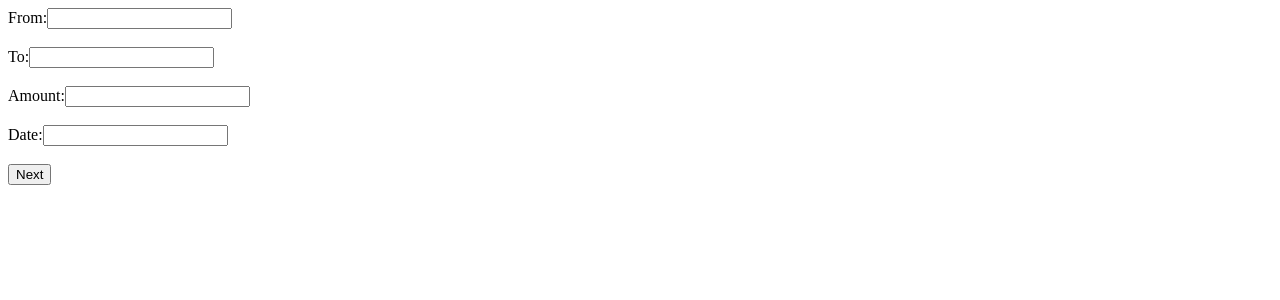
Repository: Yogashree-v-h-27/Ticket_Booking_webApp
Page: Ticket_Booking/WebContent/ticket.html
The author's editor kept a copy of each file at every save. The page is drawn from the files as they stood at one save, then again after the next save.
The browser window is 1280 px wide. The pictures show the whole page.

Above is the page before, as saved 2021-06-14 12:58:07.

### Ticket_Booking/WebContent/ticket.html
<!DOCTYPE html>
<html>
<head>
<meta charset="ISO-8859-1">
<title>Ticket Generator</title>
</head>
<body>
<form action="servlet3" method="post">
From:<input type="text" name="from_Place"/><br/><br/>
To:<input type="text" name="to_Destination"/><br/><br/>
Amount:<input type="text" name="amount"/><br/><br/>
Date:<input type="text" name="date"/><br/><br/>
<input type="button" value="Next"/>
</form>
</body>
</html>

After the next save:
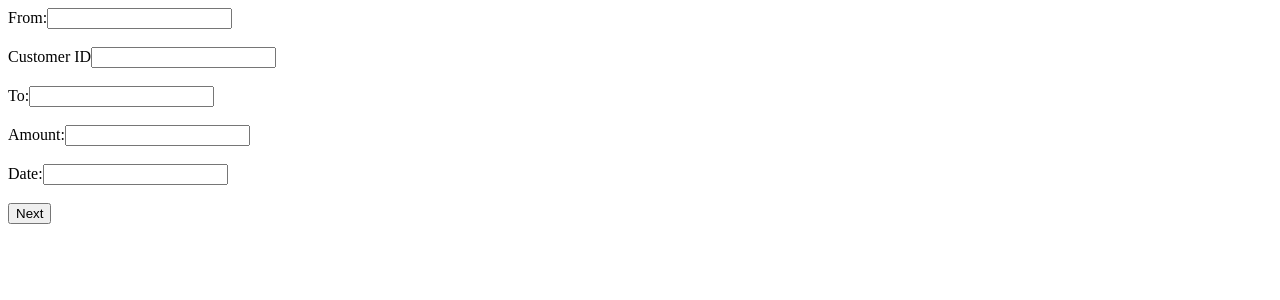
Saved 91 s later.
--- a/Ticket_Booking/WebContent/ticket.html
+++ b/Ticket_Booking/WebContent/ticket.html
@@ -7,6 +7,7 @@
 <body>
 <form action="servlet3" method="post">
 From:<input type="text" name="from_Place"/><br/><br/>
+Customer ID<input type="text" name="CustomerID"/><br/><br/>
 To:<input type="text" name="to_Destination"/><br/><br/>
 Amount:<input type="text" name="amount"/><br/><br/>
 Date:<input type="text" name="date"/><br/><br/>
